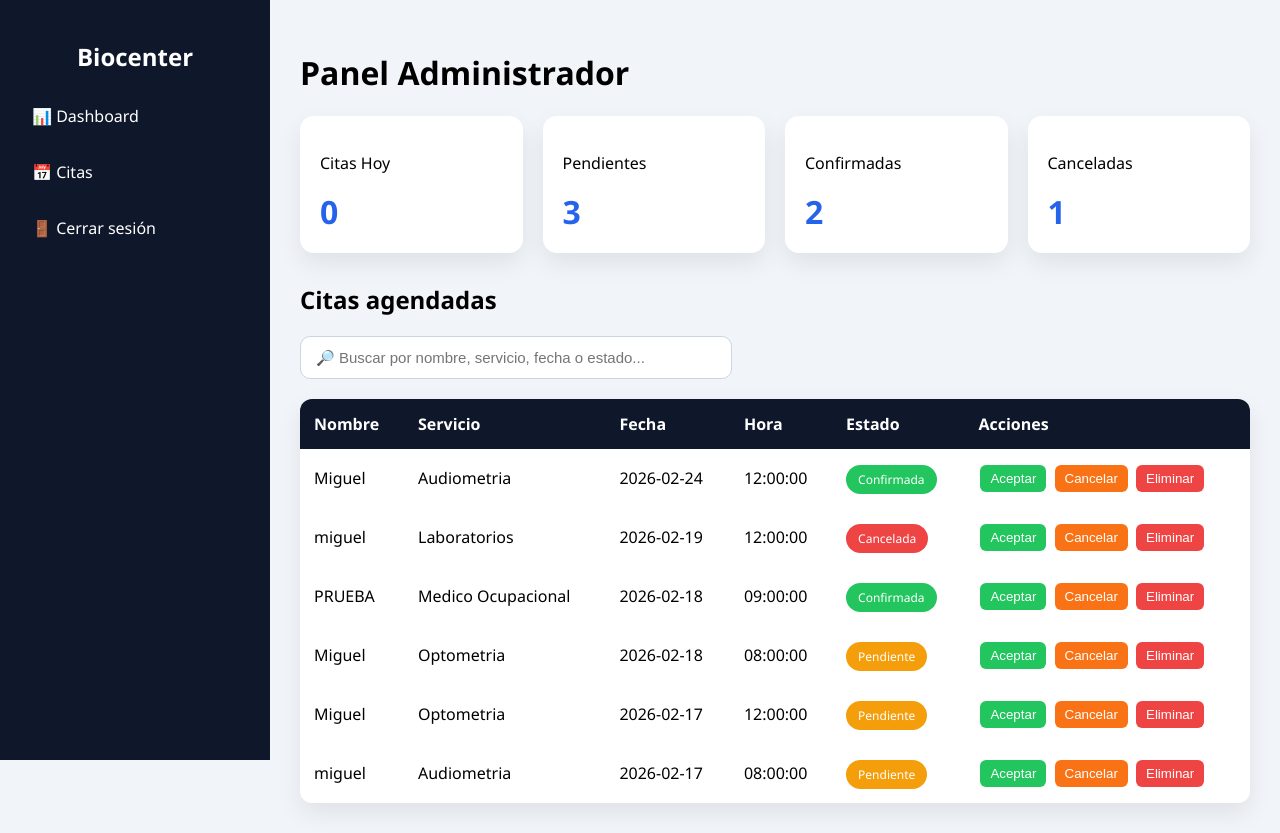
Repository: Miguelperdomo/Biocenter
Page: http://localhost/public_html/PHP/panel.php
The author's editor kept a copy of each file at every save. The page is drawn from the files as they stood at one save, then again after a run of saves.
The browser window is 1280 px wide. The pictures show the whole page.
The page is run by PHP 8.4 with error messages shown; the project is at /var/www/html/. The session is filled in as if someone had signed in: {"admin": {"id": 1, "usuario": "admin", "email": "perdomomiguel2004@gmail.com"}}. Other server files are loaded and not shown. The database holds what the project's SQL file puts in it.

Above is the page before, as saved 2026-02-18 10:03:59.

### PHP/panel.php
<?php
session_start();
require "../conection/conexion.php";

if(!isset($_SESSION['admin'])){
    header("Location: ../login.php");
    exit();
}

/* CONTADORES */
$hoy = date("Y-m-d");

$citasHoy = $conn->query("SELECT COUNT(*) total FROM citas WHERE fecha='$hoy'")->fetch_assoc()['total'];
$pendientes = $conn->query("SELECT COUNT(*) total FROM citas WHERE estado='Pendiente'")->fetch_assoc()['total'];
$confirmadas = $conn->query("SELECT COUNT(*) total FROM citas WHERE estado='Confirmada'")->fetch_assoc()['total'];
$canceladas = $conn->query("SELECT COUNT(*) total FROM citas WHERE estado='Cancelada'")->fetch_assoc()['total'];

$citas = $conn->query("SELECT * FROM citas ORDER BY fecha DESC, hora DESC");
?>

<!DOCTYPE html>
<html lang="es">
<head>
<meta charset="UTF-8">
<meta name="viewport" content="width=device-width, initial-scale=1.0">
<title>Panel Administrador</title>

<style>

/* ===== GENERAL ===== */
body{
    margin:0;
    font-family:'Segoe UI';
    display:flex;
    background:#f1f5f9;
}

/* ===== SIDEBAR ===== */
.sidebar{
    width:230px;
    background:#0f172a;
    height:100vh;
    color:white;
    padding:20px;
}

.sidebar h2{text-align:center;}

.sidebar a{
    display:block;
    color:white;
    text-decoration:none;
    padding:12px;
    margin:10px 0;
    border-radius:8px;
    transition:.3s;
}

.sidebar a:hover{background:#2563eb;}

/* ===== CONTENIDO ===== */
.main{flex:1;padding:30px;}

.cards{
    display:grid;
    grid-template-columns:repeat(auto-fit,minmax(200px,1fr));
    gap:20px;
    margin-bottom:30px;
}

.card{
    background:white;
    padding:20px;
    border-radius:14px;
    box-shadow:0 10px 25px rgba(0,0,0,.08);
}

.card h3{margin:0;font-size:32px;color:#2563eb;}

/* ===== TABLA ===== */
table{
    width:100%;
    border-collapse:collapse;
    background:white;
    border-radius:12px;
    overflow:hidden;
    box-shadow:0 10px 25px rgba(0,0,0,.08);
}

th,td{padding:14px;text-align:left;}
th{background:#0f172a;color:white;}

.estado{
    padding:6px 12px;
    border-radius:20px;
    color:white;
    font-size:12px;
}
.pendiente{background:#f59e0b;}
.confirmada{background:#22c55e;}
.cancelada{background:#ef4444;}

.btn{
    padding:6px 10px;
    border:none;
    border-radius:6px;
    color:white;
    cursor:pointer;
    margin:2px;
}
.accept{background:#22c55e;}
.cancel{background:#f97316;}
.delete{background:#ef4444;}

/* ===== MODAL PREMIUM ===== */
.modal{
    display:none;
    position:fixed;
    inset:0;
    background:rgba(15,23,42,.7);
    backdrop-filter:blur(6px);
    justify-content:center;
    align-items:center;
}

.modal-content{
    background:white;
    border-radius:18px;
    padding:35px;
    width:90%;
    max-width:420px;
    text-align:center;
    box-shadow:0 20px 50px rgba(0,0,0,.25);
}

.modal-icon{font-size:50px;margin-bottom:15px;}

.modal-actions{
    display:flex;
    gap:15px;
    margin-top:20px;
}

.modal-actions button{
    flex:1;
    padding:12px;
    border:none;
    border-radius:10px;
    font-weight:600;
    cursor:pointer;
}

.btn-primary{background:#2563eb;color:white;}
.btn-secondary{background:#e2e8f0;color:#334155;}

/* BUSCADOR PROFESIONAL */

/* BUSCADOR PROFESIONAL IZQUIERDA */

.search-box{
    margin-bottom:20px;
    display:flex;
    justify-content:flex-start; /* 👈 CAMBIO CLAVE */
}

.search-box input{
    width:350px;
    max-width:100%;
    padding:12px 15px;
    border-radius:10px;
    border:1px solid #cbd5e1;
    font-size:15px;
    transition:.3s;
    background:#fff;
}
.search-box{
    margin:20px 0;
}

.search-box input{
    width:100%;
    max-width:400px;
}



.search-box input:focus{
    outline:none;
    border-color:#2563eb;
    box-shadow:0 0 8px rgba(37,99,235,.25);
}


</style>
</head>

<body>

<div class="sidebar">
<h2>Biocenter</h2>
<a href="#">📊 Dashboard</a>
<a href="#">📅 Citas</a>
<a href="logout.php">🚪 Cerrar sesión</a>
</div>

<div class="main">

<h1>Panel Administrador</h1>

<div class="cards">
<div class="card"><p>Citas Hoy</p><h3><?=$citasHoy?></h3></div>
<div class="card"><p>Pendientes</p><h3><?=$pendientes?></h3></div>
<div class="card"><p>Confirmadas</p><h3><?=$confirmadas?></h3></div>
<div class="card"><p>Canceladas</p><h3><?=$canceladas?></h3></div>
</div>

<h2>Citas agendadas</h2>

<div class="search-box">
    <input type="text" id="buscarCita" placeholder="🔎 Buscar por nombre, servicio, fecha o estado...">
</div>

<table>
<tr>
<th>Nombre</th>
<th>Servicio</th>
<th>Fecha</th>
<th>Hora</th>
<th>Estado</th>
<th>Acciones</th>
</tr>

<?php while($row=$citas->fetch_assoc()): ?>

<tr>
<td><?=$row['nombre_completo']?></td>
<td><?=$row['tipo_servicio']?></td>
<td><?=$row['fecha']?></td>
<td><?=$row['hora']?></td>

<td>
<span class="estado
<?= $row['estado']=="Pendiente"?"pendiente":($row['estado']=="Confirmada"?"confirmada":"cancelada") ?>">
<?=$row['estado']?>
</span>
</td>

<td>
<button class="btn accept" onclick="confirmar(<?=$row['id']?>,'confirmar')">Aceptar</button>
<button class="btn cancel" onclick="confirmar(<?=$row['id']?>,'cancelar')">Cancelar</button>
<button class="btn delete" onclick="confirmar(<?=$row['id']?>,'eliminar')">Eliminar</button>
</td>
</tr>

<?php endwhile; ?>
</table>

</div>

<!-- MODAL CONFIRM -->
<div id="modalConfirm" class="modal">
<div class="modal-content">
<div class="modal-icon" id="icono">⚠️</div>
<h2 id="titulo"></h2>
<p id="texto"></p>
<div class="modal-actions">
<button class="btn-primary" onclick="ejecutar()">Confirmar</button>
<button class="btn-secondary" onclick="cerrar()">Cancelar</button>
</div>
</div>
</div>

<form id="formAccion" method="POST" action="accion_cita.php">
<input type="hidden" name="id" id="idCita">
<input type="hidden" name="accion" id="accionCita">
</form>

<script>

let idActual="";
let accionActual="";

function confirmar(id,accion){

idActual=id;
accionActual=accion;

document.getElementById("modalConfirm").style.display="flex";

if(accion=="confirmar"){
icono.innerHTML="🟢";
titulo.innerText="Confirmar Cita";
texto.innerText="¿Deseas confirmar esta cita médica?";
}

if(accion=="cancelar"){
icono.innerHTML="🟠";
titulo.innerText="Cancelar Cita";
texto.innerText="¿Deseas cancelar esta cita?";
}

if(accion=="eliminar"){
icono.innerHTML="🔴";
titulo.innerText="Eliminar Cita";
texto.innerText="Esta acción no se puede deshacer.";
}
}

function cerrar(){
document.getElementById("modalConfirm").style.display="none";
}

function ejecutar(){
document.getElementById("idCita").value=idActual;
document.getElementById("accionCita").value=accionActual;
document.getElementById("formAccion").submit();
}

</script>

<script>

const buscador = document.getElementById("buscarCita");

buscador.addEventListener("keyup", function(){

    let filtro = buscador.value.toLowerCase();
    let filas = document.querySelectorAll("table tr");

    filas.forEach((fila, index) => {

        if(index === 0) return; // saltar encabezado

        let texto = fila.textContent.toLowerCase();

        if(texto.includes(filtro)){
            fila.style.display = "";
        }else{
            fila.style.display = "none";
        }

    });

});

</script>


</body>
</html>

### conection/conexion.php
<?php
$host="localhost";
$user="root";
$pass="";
$db="biocenter";

$conn=new mysqli($host,$user,$pass,$db);

if($conn->connect_error){
    die("Error de conexión");
}
?>

### biocenter (2).sql (the tables this page reads)
CREATE TABLE `citas` (
  `id` int(11) NOT NULL,
  `nombre_completo` varchar(150) NOT NULL,
  `email` varchar(120) NOT NULL,
  `telefono` varchar(20) NOT NULL,
  `tipo_servicio` enum('Medico Ocupacional','Optometria','Audiometria','Laboratorios') NOT NULL,
  `tipo_usuario` enum('Persona Natural','Empresa') NOT NULL,
  `fecha` date NOT NULL,
  `hora` time NOT NULL,
  `estado` enum('Pendiente','Confirmada','Cancelada') DEFAULT 'Pendiente',
  `fecha_registro` timestamp NOT NULL DEFAULT current_timestamp(),
  `observaciones` text DEFAULT NULL
) ENGINE=InnoDB DEFAULT CHARSET=utf8mb4 COLLATE=utf8mb4_general_ci;

INSERT INTO `citas` (`id`, `nombre_completo`, `email`, `telefono`, `tipo_servicio`, `tipo_usuario`, `fecha`, `hora`, `estado`, `fecha_registro`, `observaciones`) VALUES
(1, 'Miguel', 'sistemas@gamil.com', '3160539301', 'Optometria', 'Persona Natural', '2026-02-18', '08:00:00', 'Pendiente', '2026-02-17 17:58:15', 'Pruebaaa'),
(2, 'PRUEBA', 'thebugscompile@gmail.com', '3133854821', 'Medico Ocupacional', 'Empresa', '2026-02-18', '09:00:00', 'Confirmada', '2026-02-17 18:01:56', 'Purba'),
(3, 'miguel', 'biocentersaludocupacional@gmail.com', '3123591195', 'Laboratorios', 'Empresa', '2026-02-19', '12:00:00', 'Cancelada', '2026-02-17 18:03:08', 'sdfafaswdfasdf'),
(4, 'Miguel', 'thebugscompile@gmail.com', '3160539301', 'Optometria', 'Empresa', '2026-02-17', '12:00:00', 'Pendiente', '2026-02-17 18:10:38', 'sdds'),
(5, 'miguel', 'biocentersaludocupacional@gmail.com', '3133854821', 'Audiometria', 'Empresa', '2026-02-17', '08:00:00', 'Pendiente', '2026-02-17 18:13:50', 'VJF'),
(6, 'Miguel', 'thebugscompile@gmail.com', '3133854821', 'Audiometria', 'Empresa', '2026-02-24', '12:00:00', 'Confirmada', '2026-02-17 18:19:38', 'prueba');

ALTER TABLE `citas`
  ADD PRIMARY KEY (`id`);

ALTER TABLE `citas`
  MODIFY `id` int(11) NOT NULL AUTO_INCREMENT, AUTO_INCREMENT=8;

After the next 2 saves:
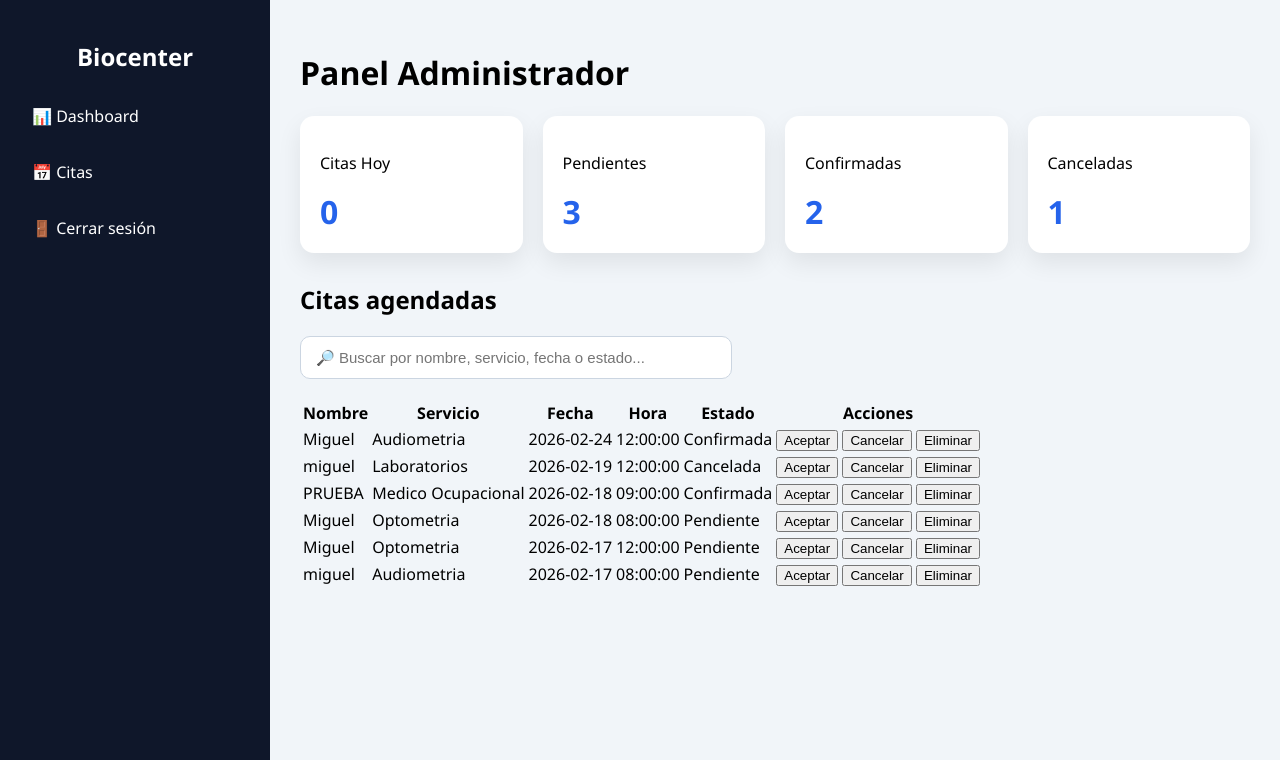
The 2 saves are shown as one change because they came seconds apart.
The last was saved 3 min 41 s later.
--- a/PHP/panel.php
+++ b/PHP/panel.php
@@ -78,39 +78,10 @@ body{
 .card h3{margin:0;font-size:32px;color:#2563eb;}
 
 /* ===== TABLA ===== */
-table{
-    width:100%;
-    border-collapse:collapse;
-    background:white;
-    border-radius:12px;
-    overflow:hidden;
-    box-shadow:0 10px 25px rgba(0,0,0,.08);
-}
-
-th,td{padding:14px;text-align:left;}
-th{background:#0f172a;color:white;}
-
-.estado{
-    padding:6px 12px;
-    border-radius:20px;
-    color:white;
-    font-size:12px;
-}
-.pendiente{background:#f59e0b;}
-.confirmada{background:#22c55e;}
-.cancelada{background:#ef4444;}
-
-.btn{
-    padding:6px 10px;
-    border:none;
-    border-radius:6px;
-    color:white;
-    cursor:pointer;
-    margin:2px;
-}
-.accept{background:#22c55e;}
-.cancel{background:#f97316;}
-.delete{background:#ef4444;}
+
+
+
+
 
 /* ===== MODAL PREMIUM ===== */
 .modal{
